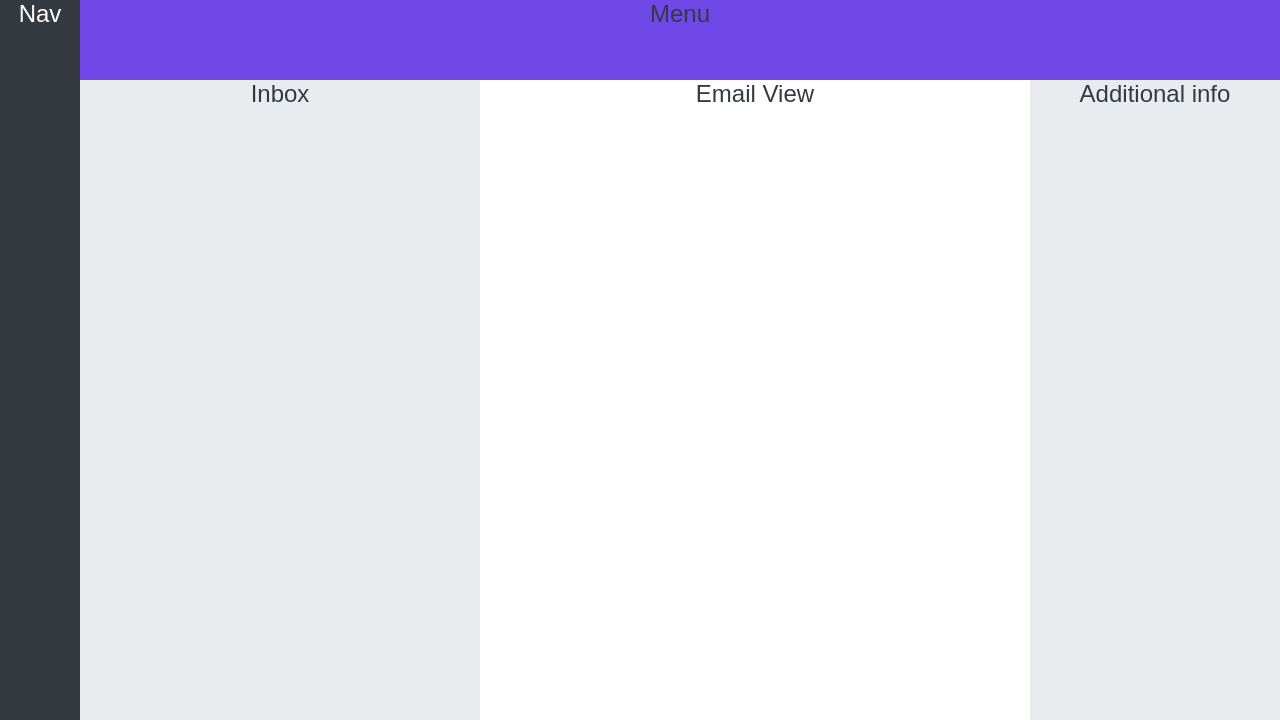
Repository: sunny070/CSS
Page: HTML and CSS some of the important components/06_app-layout.html
The author's editor kept a copy of each file at every save. The page is drawn from the files as they stood at one save, then again after a run of saves.
The browser window is 1280 px wide. The pictures show the whole page.

Above is the page before, as saved 2023-11-17 13:55:11.

After the next 2 saves:
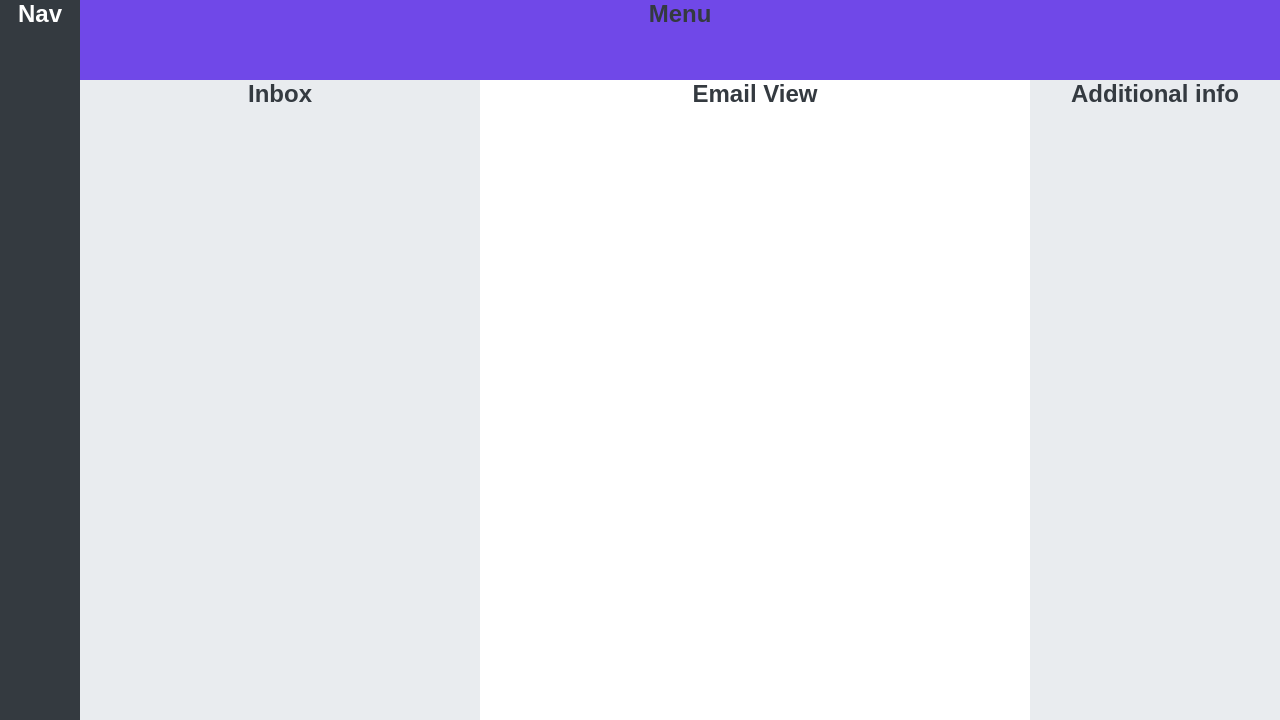
The 2 saves are shown as one change because they came seconds apart.
The last was saved 9 s later.
--- a/HTML and CSS some of the important components/06_app-layout.html
+++ b/HTML and CSS some of the important components/06_app-layout.html
@@ -16,7 +16,7 @@
             font-size: 24px;
             height: 100vh;
             text-align: center;
-            font-weight: ;
+            font-weight:bold;
             display: grid;
             grid-template-columns: 80px 400px 1fr 250px;
             grid-template-rows: 80px 1fr;
